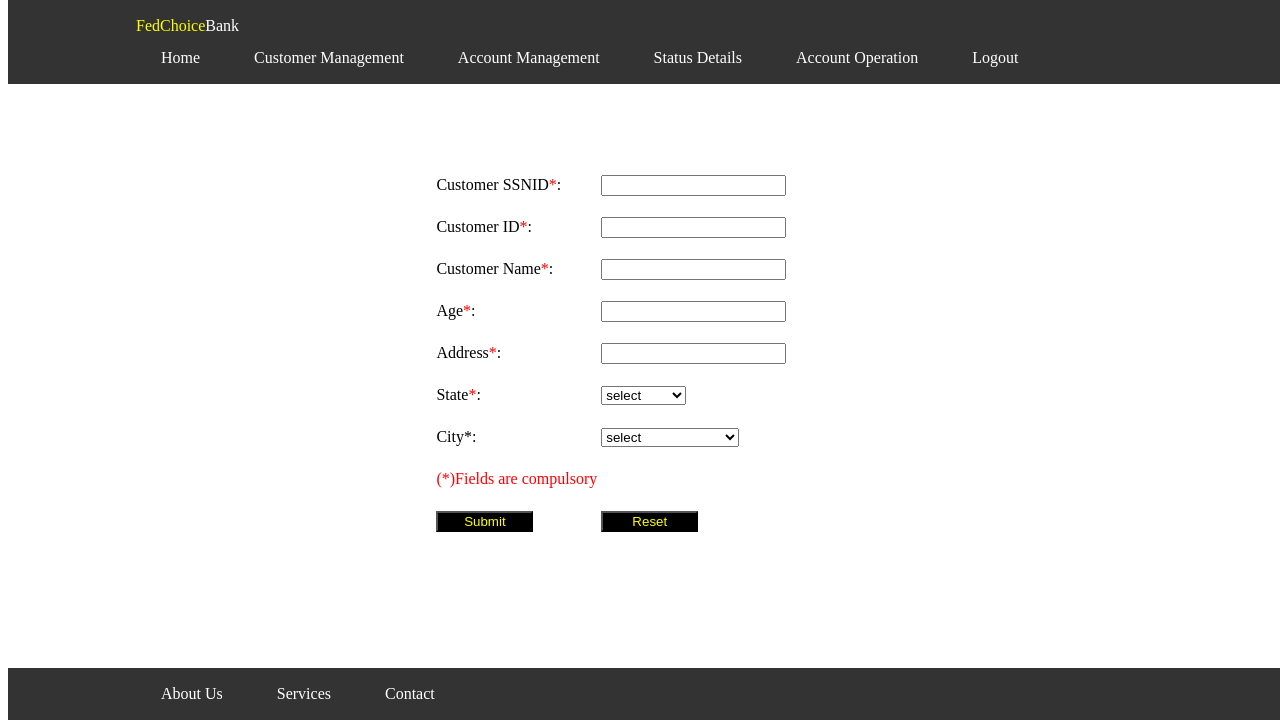
Repository: gopikavinod/RBM
Page: http://localhost/Retail_Bank_Management/userLogged.jsp
The author's editor kept a copy of each file at every save. The page is drawn from the files as they stood at one save, then again after the next save.
The browser window is 1280 px wide. The pictures show the whole page.
The page is served by Tomcat 9. Other server files are loaded and not shown.

Above is the page before, as saved 2020-06-15 16:22:55.

### eclipse-workspace/Retail Bank Management/WebContent/userLogged.jsp
<%@page import="com.bean.LoginServlet"%>
<%@ page language="java"
         contentType="text/html; charset=windows-1256"
         pageEncoding="windows-1256"
         import="com.bean.UserBean"

   %>

   <!DOCTYPE html PUBLIC "-//W3C//DTD HTML 4.01 Transitional//EN"
   "http://www.w3.org/TR/html4/loose.dtd">

   <html>

      <head>
         <meta http-equiv="Content-Type"
            content="text/html; charset=windows-1256">
     <%--  <% String message = (String)request.getAttribute("alertMsg");%>
	<script type="text/javascript">
    var msg = "<%=message%>";
    alert(msg);
</script> --%>
   <title>FedChoice Bank</title>
<style>
    /* Add some padding on document's body to prevent the content
    to go underneath the header and footer */
    body{
        padding-top: 60px;
        padding-bottom: 40px;
    }
    .container{
        width: 80%;
        margin: 0 auto; /* Center the DIV horizontally */
    }
    .fixed-header, .fixed-footer{
        width: 100%;
        position: fixed;
        background: #333;
        padding: 10px 0;
        color: #fff;
    }
    .fixed-header{
        top: 0;
    }
    .fixed-footer{
        bottom: 0;
    }
    /* Some more styles to beutify this example */
    nav a{
        color: #fff;
        text-decoration: none;
        padding: 7px 25px;
        display: inline-block;
    }
    .container p{
        line-height: 200px; /* Create scrollbar to test positioning */
    }
    p.detail
    {
    color:yellow;
    line-height: 0px;
    }
    span.name{
    	color:white;
    }
    tr
    {
    height: 40px;
    }
    span.aestric
    {
    color: red;
    }
</style>
</head>
<body>
    <div class="fixed-header">
        <div class="container">
            <nav>
          <p class="detail">FedChoice<span class="name">Bank</span></p>
                <a href="#">Home</a>
                <a href="#">Customer Management</a>
                <a href="#">Account Management</a>
                <a href="#">Status Details</a>
                <a href="#">Account Operation</a>
                <a href="#">Logout</a>
            </nav>
        </div>
    </div>
    <div class="container">
    <p>
    	<form action="CustomerServlet" name="createCustomer" enctype="multipart/form-data" style="margin-top: 95px;
    margin-left: 299px;" >
    <table>
<tr >
<td>Customer SSNID<span class="aestric">*</span>:</td>
<td><input type="text" id="cssnid" name="customerssnid" value="" > </td>
</tr>
<tr >
<td>Customer ID<span class="aestric">*</span>:</td>
<td><input type="text" id="custid" name="customerid" value=""> </td>
</tr>
<tr>
<td>Customer Name<span class="aestric">*</span>:</td>
<td><input type="text" id="cname" name="customername" value="" required="required"> </td>
</tr>
<tr>
<td>Age<span class="aestric">*</span>:</td>
<td><input type="number" id="age" name="customerage" value="" required="required"></td>
</tr>
<tr>
<td>Address<span class="aestric">*</span>:</td>
<td> <input type="text" id="address" name="customeraddress" value="" required="required"></td>
</tr>
<tr>
<td>State<span class="aestric">*</span>:</td>
<td> <select name="state" id="state">
<option value="select">select</option>
  <option value="Kerala">Kerala</option>
  <option value="TamilNadu">TamilNadu</option>
  <option value="Karnataka">Karnataka</option>
  <option value="Delhi">Delhi</option>
</select>
</td>
</tr>
<tr>
<td>City*:</td>
<td> <select name="city" id="city">
<option value="select">select</option>
  <option value="Ernakulam">Ernakulam</option>
  <option value="Thrissur">Thrissur</option>
  <option value="Palakkad">Palakkad</option>
  <option value="Thiruvanathapuram">Thiruvanathapuram</option>
</select>
</td>
</tr>
<tr >
<td style="color: red;"> (*)Fields are compulsory</td>

</tr>

<tr colspan="1">
<td><input type="submit" value="Submit" style="background-color: black;color: yellow ;width:97px"></td>
<td><input type="reset" value="Reset" style="background-color: black;color: yellow ;width:97px"></td>
</tr>

</table>

    	</form>
    	</p>
    	    </div>
    <div class="fixed-footer">
        <div class="container">
        <nav>

                <a href="#">About Us</a>
                <a href="#">Services</a>
                <a href="#">Contact</a>
        </nav>
        </div>
    </div>
</body>
   </html>

After the next save:
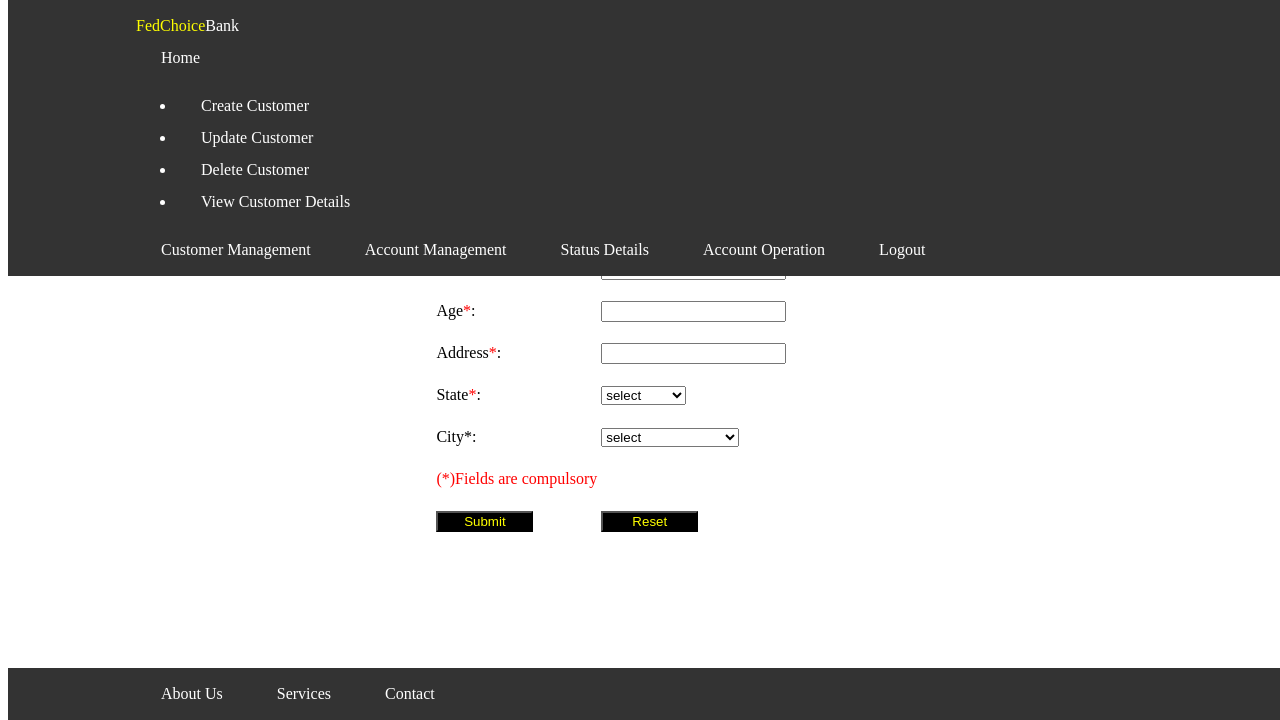
Saved 15 h 54 min later.
--- a/eclipse-workspace/Retail Bank Management/WebContent/userLogged.jsp
+++ b/eclipse-workspace/Retail Bank Management/WebContent/userLogged.jsp
@@ -78,6 +78,13 @@
             <nav>
           <p class="detail">FedChoice<span class="name">Bank</span></p>
                 <a href="#">Home</a>
+                 <ul class="dropdown-menu">
+      <li><a href="#">Create Customer</a></li>
+      <li><a href="#">Update Customer</a></li>
+      <li><a href="#">Delete Customer</a></li>
+       <li><a href="#">View Customer Details</a></li>
+
+    </ul>
                 <a href="#">Customer Management</a>
                 <a href="#">Account Management</a>
                 <a href="#">Status Details</a>
